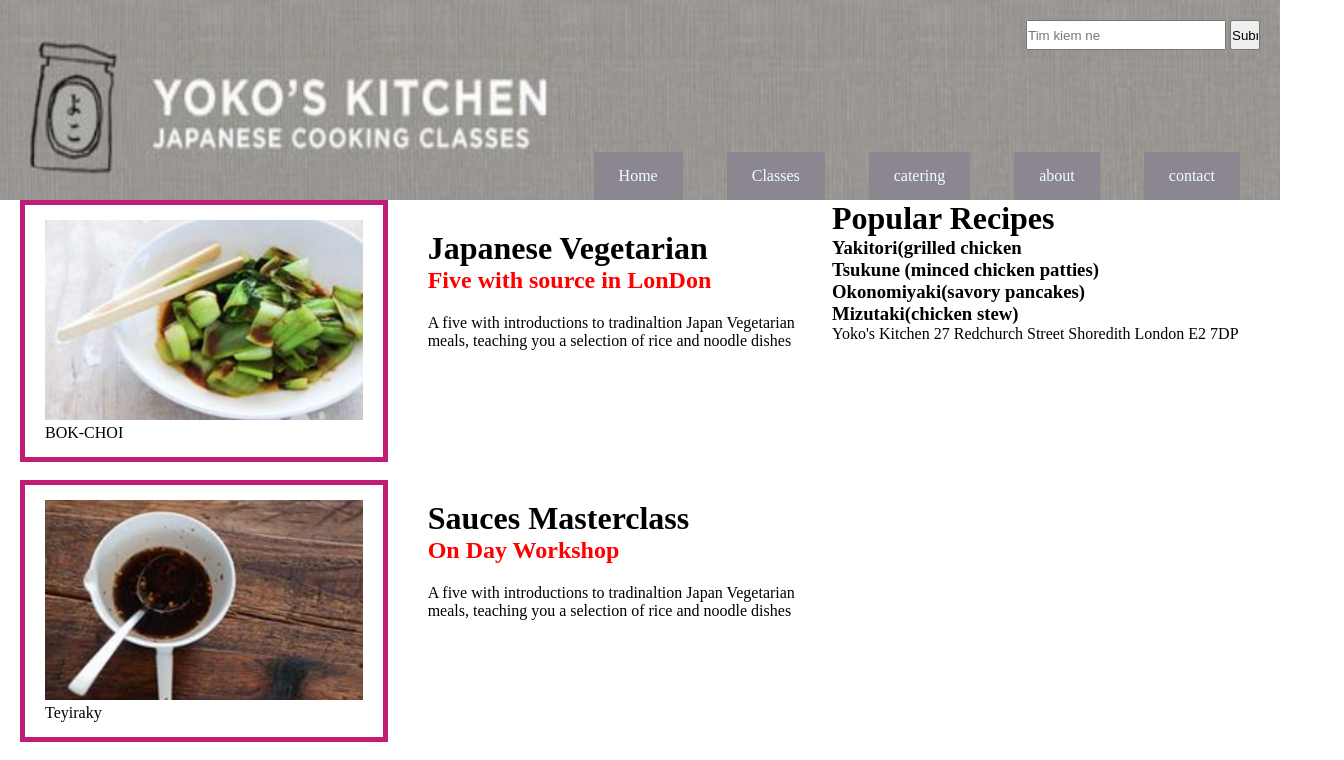
Repository: huy352002/20012931-Tr-n-Quang-Huy
Page: bt2.html
These files come from the project's save history. The page is drawn as it stood at one moment and after the next save; the edit follows.
The browser window is 1280 px wide. The page is 1280 px wide, then 1344 px, so the pictures cover 1344 px, including what lies to the right of the window. The pictures show the whole page.

Above is the page before, as saved 2022-09-30 10:41:19.

### bt2.html
<!DOCTYPE html>
<html lang="en">

<head>
    <meta charset="UTF-8">
    <meta http-equiv="X-UA-Compatible" content="IE=edge">
    <meta name="viewport" content="width=device-width, initial-scale=1.0">
    <title>Document</title>
    <link rel="stylesheet" href="/bt2.css">
</head>

<body>
    <div class="header">
        <div class="background">

            <ul>
                <li> <a href="">Home</a> </li>
                <li> <a href="">Classes</a> </li>
                <li> <a href="">catering</a> </li>
                <li> <a href="">about</a> </li>
                <li> <a href="">contact</a> </li>
            </ul>
        </div>

        <form class="form" action="">
            <input class="form_a" type="text" placeholder="Tim kiem ne">
            <input class="form_b" type="submit">
        </form>
    </div>


    <div class="container">
        <div class="body1">
            <div class="sub1">
                <div class="img_boder">
                    <img class="img" src="/img1.png">
                    <p>BOK-CHOI</p>
                </div>
                <br>
                <div class="img_boder">
                    <img class="img" src="/img2.png" alt="">
                    <p>Teyiraky</p>
                </div>
            </div>


            <div class="sub2">
                <div class="P_1">
                    <div class="nav_P1">
                        <H1>Japanese Vegetarian</H1>
                        <H2>Five with source in LonDon</H2>

                    </div>
                    <p>A five with introductions to tradinaltion Japan Vegetarian meals, teaching you a selection of rice and noodle dishes</p>
                </div>

                <div class="P_2">
                    <div class="nav_P1">
                        <H1>Sauces Masterclass</H1>

                        <H2>On Day Workshop</H2>

                    </div>
                    <p>A five with introductions to tradinaltion Japan Vegetarian meals, teaching you a selection of rice and noodle dishes</p>
                </div>
            </div>
        </div>
        <div class="body2">
            <div class="body2_p1">
                <H1>Popular Recipes</H1>
                <h3>Yakitori(grilled chicken</h3>
                <h3> Tsukune (minced chicken patties)</h3>
                <h3>Okonomiyaki(savory pancakes)</h3>
                <h3>Mizutaki(chicken stew)</h3>
            </div>
            <div class="body2_p2">
                <p>Yoko's Kitchen 27 Redchurch Street Shoredith London E2 7DP
                </p>
            </div>
        </div>



    </div>
    </div>


    <div class="footer"></div>
</body>

</html>

### bt2.css
* {
    margin: 0;
    padding: 0%;
    box-sizing: border-box;
}

.header {
    width: 100%;
    height: 200px;
    position: relative;
    background-image: url(/backgroun.png);
    background-repeat: no-repeat;
    background-size: 100% 100%;
}

.header ul {
    position: absolute;
    right: 0;
    bottom: 0;
    margin: 0 20px;
}

.header ul li {
    display: inline-block;
    padding: 15px 25px;
    background-color: rgb(139, 134, 144);
    right: 0;
    top: 0;
    margin: 0 20px;
}

.header ul li a {
    text-decoration: none;
    color: azure;
}

.header ul li a:hover {
    color: rgb(8, 8, 8);
}

.form {
    position: absolute;
    right: 0;
    top: 0;
    margin: 20px 20px;
}

.form_a {
    width: 200px;
    height: 30px;
}

.form_b {
    width: 30px;
    height: 30px;
}

.container {
    width: 100%;
    height: auto;
    position: relative;
    /* display: inline-block; */
}

.body1 {
    position: relative;
    width: 65%;
    height: auto;
    display: inline-block;
}

.sub1 {
    position: relative;
    width: 49%;
    display: inline-block;
}

.img {
    width: 100%;
    height: 200px;
}

.img_boder {
    border: 5px solid rgb(193, 29, 119);
    padding: 15px 20px;
    margin: 0 20px;
}

.sub2 {
    display: inline-block;
    position: absolute;
    width: 49%;
}

.P_1 {
    margin: 20px 10px;
    padding: 10px 10px;
}

.nav_P1 {
    margin-bottom: 20px;
}

.nav_P1 h2,
.P_2 h2 {
    color: red;
}

.P_2 {
    margin: 130px 10px;
    padding: 10px 10px;
}

.body2 {
    position: absolute;
    width: 35%;
    height: auto;
    display: inline-block;
}

After the next save:
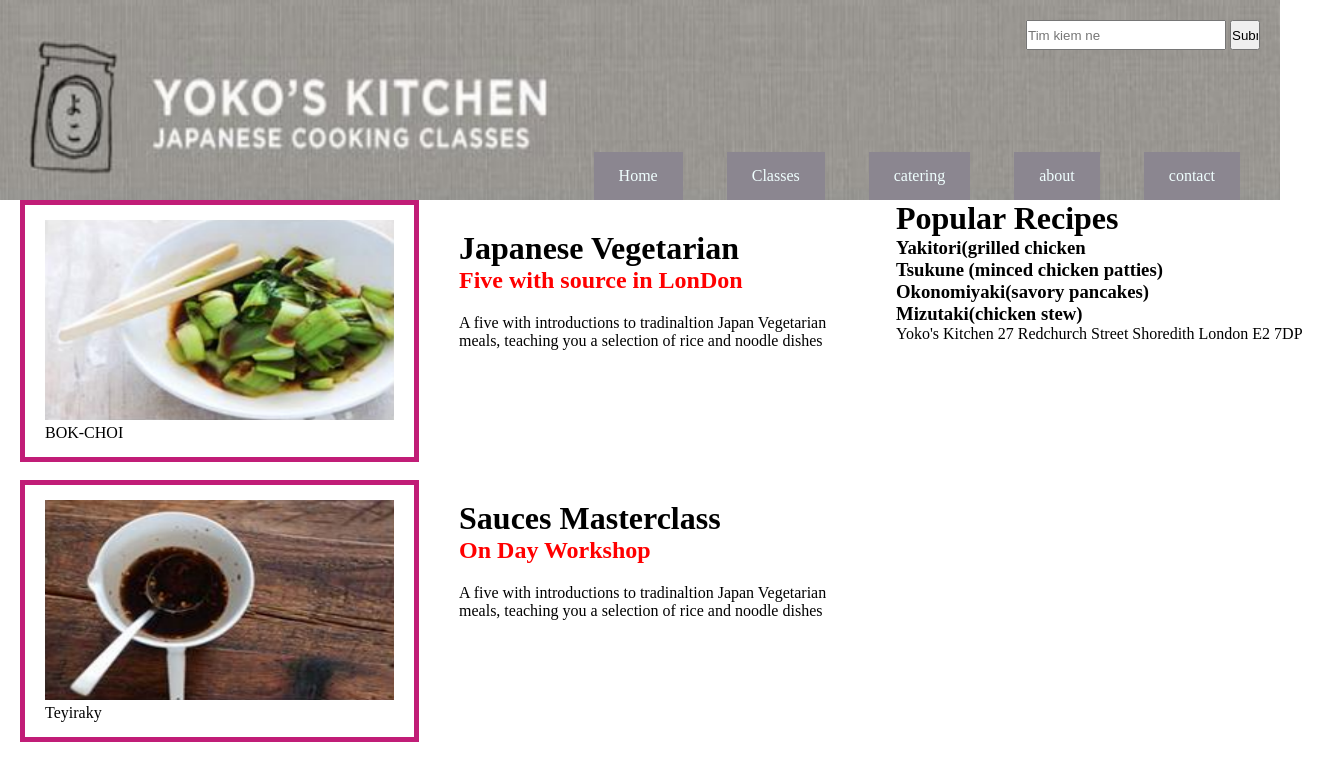
Saved 17 s later.
--- a/bt2.css
+++ b/bt2.css
@@ -64,7 +64,7 @@
 
 .body1 {
     position: relative;
-    width: 65%;
+    width: 70%;
     height: auto;
     display: inline-block;
 }
